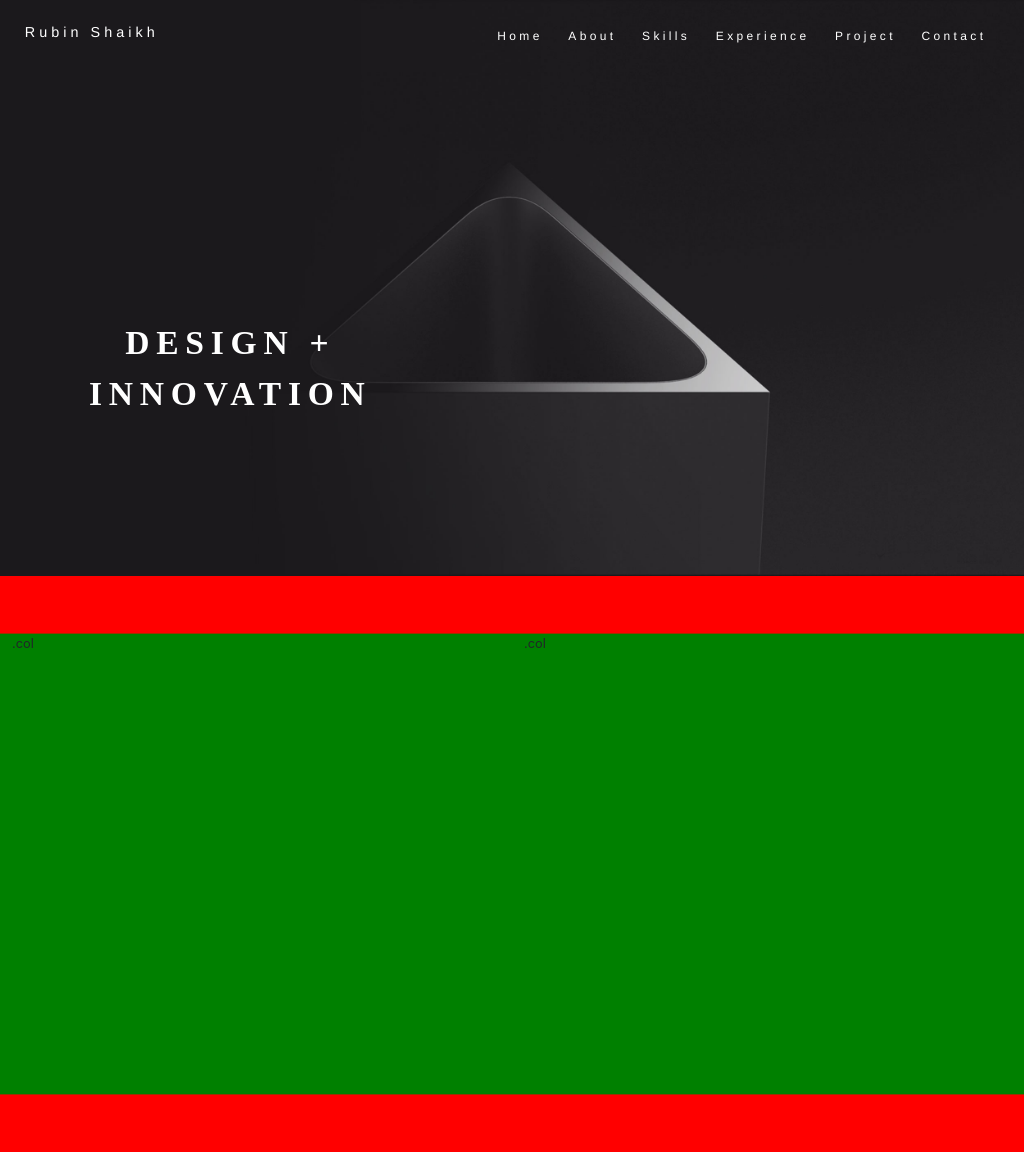
Repository: Rubin78/My-Portfolio
Page: /second
These files come from the project's save history. The page is drawn as it stood at one moment and after the next save; the edit follows.
The browser window is 1280 px wide. The pictures show the whole page, at 80% of full size.
The project was rebuilt for these pictures with package versions that can differ from the ones it lists, and the page was loaded fresh each time. Also part of the build but not shown: src/components/First/First.module.css, src/components/First/First.js, src/components/Third.js.

Above is the page before, as saved 2020-07-21 18:15:15.

### src/App.js
import React from 'react';

// import './App.css';

import { BrowserRouter as Router, Switch, Route } from "react-router-dom";
import First from './components/First/First';
import Second from './components/Second';
import Third from './components/Third';
function App() {
  return (
    <Router>
        <div className="App">

          <Switch>
            <Route exact path="/" component={First} />
            <Route exact path="/second" component={Second} />
            <Route exact path="/third" component={Third} />



            <Route render={() => <h2>404 Page Not Found</h2>} />
          </Switch>
        </div>
      </Router>
  );
}

export default App;

### src/components/Second.js
// import React, { Component } from 'react';
// import { Link } from "react-router-dom";
// class Second extends Component {
//     render() {
//         console.log(this.props);
//         return (




//             <div>
//                 <Link to="/third" >Go to the third page</Link>

//         <div>{this.props.location.state}</div>
//             </div>
//         );
//     }
// }

// export default Second;








import React, { useState } from 'react';
import {
  Collapse,
  Navbar,
  NavbarToggler,
  NavbarBrand,
  Nav,
  NavItem,
  NavLink,
  UncontrolledDropdown,
  DropdownToggle,
  DropdownMenu,
  DropdownItem,
  NavbarText
} from 'reactstrap';
import { Container, Row, Col} from 'reactstrap';
import styles  from '../components/Second.css'
import hero1 from '../assests/hero1.jpg';
import { Hidden } from '@material-ui/core';


const Example = (props) => {
  const [isOpen, setIsOpen] = useState(false);

  const toggle = () => setIsOpen(!isOpen);

  return (
<div>
    <Container fluid  className="containerBody2" style={{  backgroundImage:`url(${hero1})`,backgroundColor:'red'}} >
    <div style={{backgroundColor:'transparent',height:90,display:'flex'}}>


      <Navbar color="red" light expand="md"  style={{display:'flex',flex:1,position:'sticky'}} >
        <NavbarBrand href="/"><h4  className="textheader1" >Rubin Shaikh</h4></NavbarBrand>
        <NavbarToggler onClick={toggle} style={{color:'white',backgroundColor:'#F5F5F5'}} />
        <Collapse isOpen={isOpen} navbar >
          <Nav className="mr-auto" navbar>



         </Nav>

         <NavLink  href="/components/"  className="textheader" >Home</NavLink>
         <NavLink href="/components/" className="textheader">About</NavLink>
          <NavLink href="/components/" className="textheader">Skills</NavLink>
          <NavLink href="/components/" className="textheader">Experience</NavLink>
          <NavLink href="/components/" className="textheader">Project</NavLink>
          <NavLink href="/components/" className="textheader">Contact</NavLink>
        </Collapse>
      </Navbar>
    </div>


<Col sm="5"  style={{ display:'flex',flex:1,
alignItems:'space-between',justifyContent:'center',paddingLeft:40,}}>
<div style={{display:'flex',height:450,flexDirection:'column',justifyContent:'flex-end',alignItems:'flex-start',marginBottom:20,}} >

    <div style={{color:'white',fontSize:42,textAlign:'center',fontFamily:"Patua One",fontWeight:"bolder",letterSpacing:'.20em'}} >
    {/* <div style={{color:'#ffffff',fontSize:15,textAlign:"left",letterSpacing:'.1em',paddingLeft:60}}>HELLO,</div> */}

      DESIGN +
   <p style={{paddingBottom:-15}}>INNOVATION</p></div>
    {/* <button onClick={this.submitHandler} >go to second page</button> */}
    </div>
</Col>
    </Container>


<Container fluid  className="container2">
<Row >
        <Col sm="6" className="container2column" >.col</Col>
        <Col sm="6" className="container2column" >.col</Col>

      </Row>
</Container>

    </div>
  );
}

export default Example;

### src/components/Second.css

.containerBody2{



    background-position: center;
    background-size: cover;
    background-repeat: 'no-repeat';
    height: 100vh;
    width: calc(100vw -12px);
    overflow: hidden;
    position: relative;
background-color: black;

}


.container2{

    height: 100vh;
    width: calc(100vw -12px);
    overflow: hidden;
    background-color: red;

position: relative;

align-items: center;
display: flex;
}


.textheader{


  color: white;
  font-size: 15px;
font-family: "Gotham-Medium","Helvetica Neue","sans-serif";
letter-spacing: .28em;
}



.textheader1{


    color: white;
    font-size: 18px;
  font-family: "Gotham-Medium","Helvetica Neue","sans-serif";
  letter-spacing: .28em;
  }




.textcolor{
font-size: 45px;
margin-bottom: 20px;
letter-spacing: -1px;
font-family: "Gotham-Bold","Helvetica Neue",sans-serif;


background-color: red;


}


.container2row{

display: flex;
flex: 1;

justify-content: center;
align-items: center;
height: 100vh;
background-color: blue;

}


.container2column{

    height: 80vh;
    width: 50vw;
    background-color: green;
}

Loaded but not shown: public/index.html (common file); src/index.js (common file); src/index.css (common file); src/serviceWorker.js (common file)

After the next save:
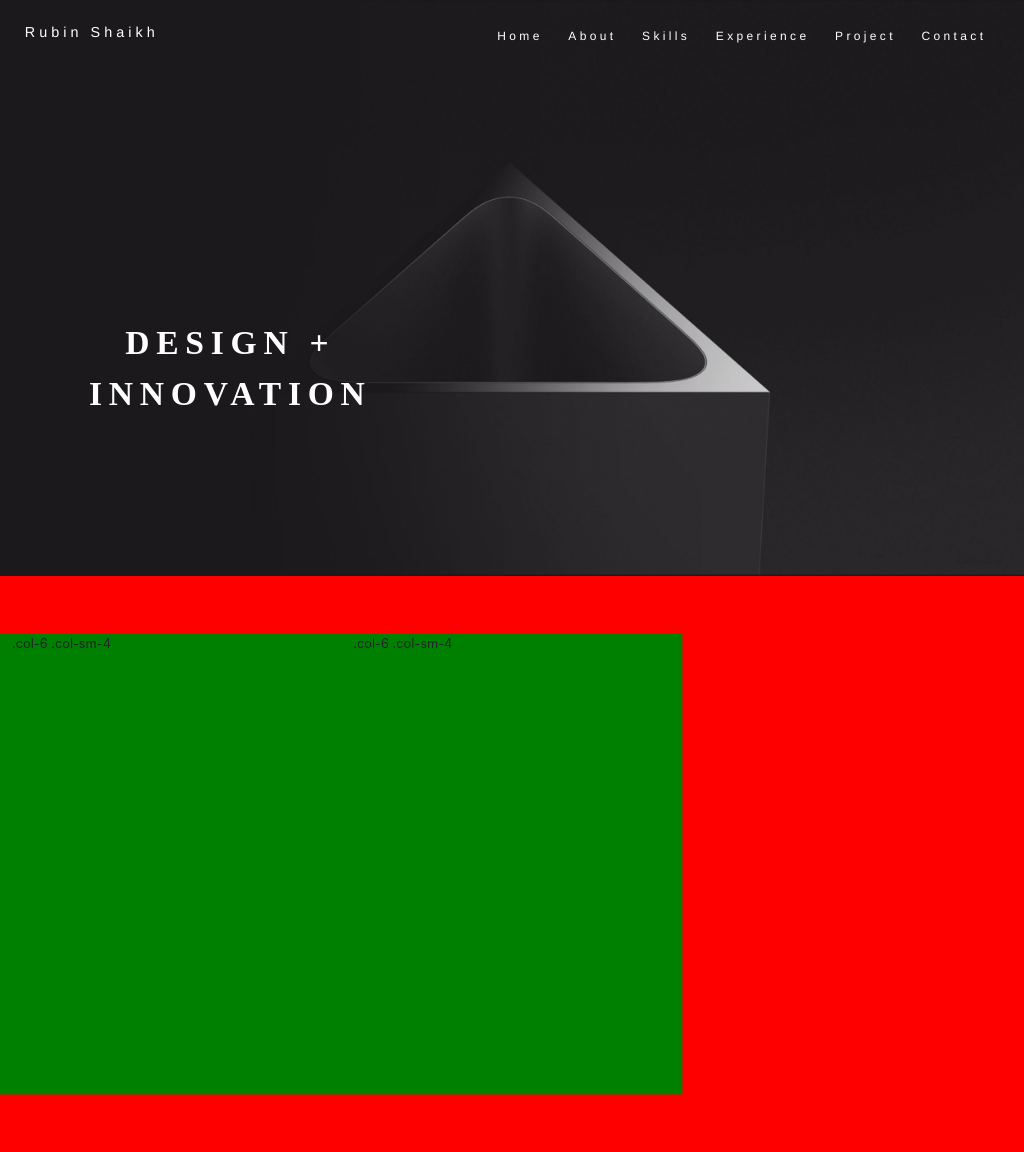
Saved 77 s later.
--- a/src/components/Second.js
+++ b/src/components/Second.js
@@ -96,8 +96,10 @@
 
 <Container fluid  className="container2">
 <Row >
-        <Col sm="6" className="container2column" >.col</Col>
-        <Col sm="6" className="container2column" >.col</Col>
+
+        <Col xs="6" sm="4"   className="container2column" >.col-6 .col-sm-4</Col>
+        <Col xs="6" sm="4"className="container2column" >.col-6 .col-sm-4</Col>
+
 
       </Row>
 </Container>

After the save that followed:
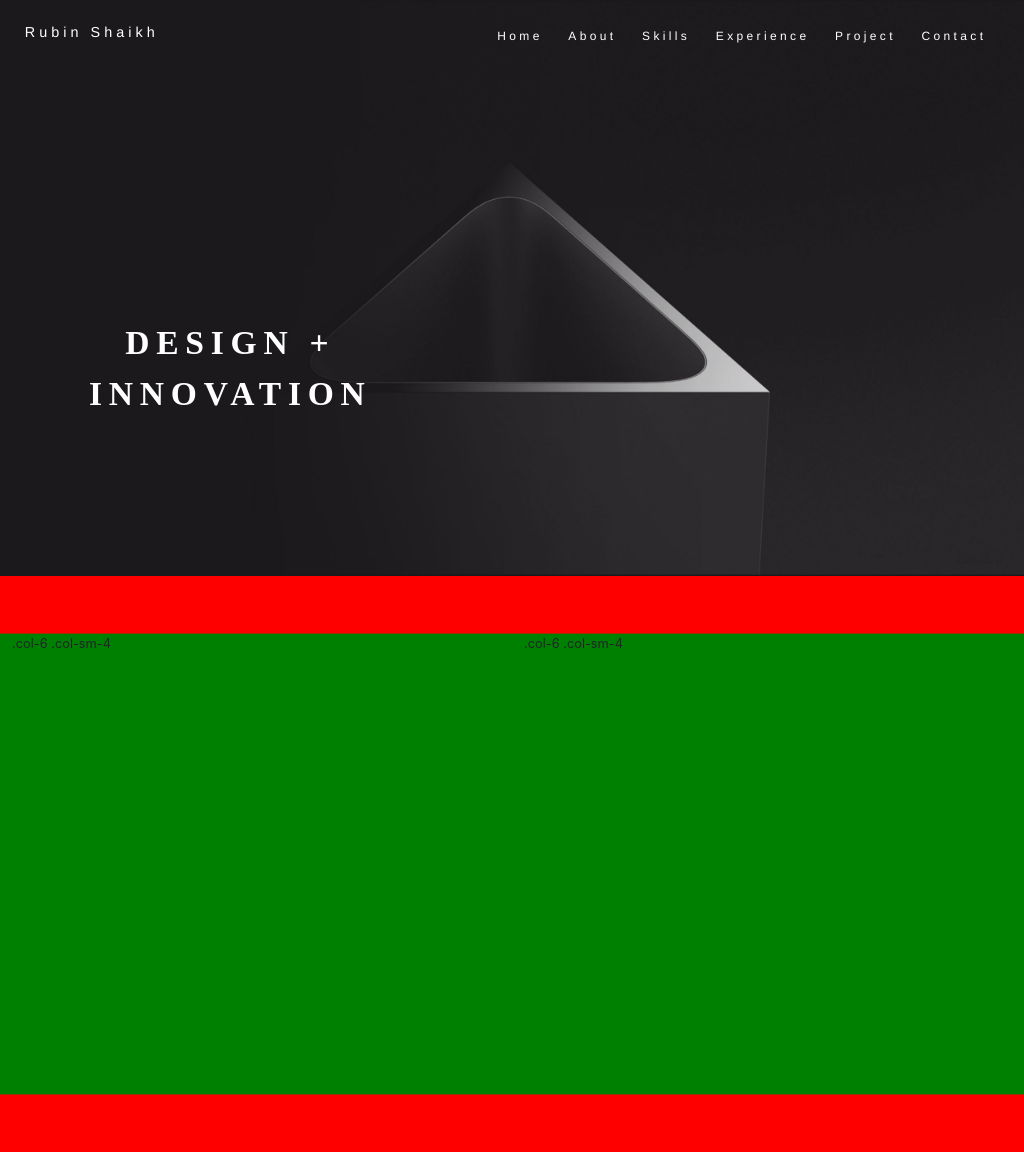
Saved 24 s later.
--- a/src/components/Second.js
+++ b/src/components/Second.js
@@ -97,8 +97,8 @@
 <Container fluid  className="container2">
 <Row >
 
-        <Col xs="6" sm="4"   className="container2column" >.col-6 .col-sm-4</Col>
-        <Col xs="6" sm="4"className="container2column" >.col-6 .col-sm-4</Col>
+        <Col xs="6" sm="6"   className="container2column" >.col-6 .col-sm-4</Col>
+        <Col xs="6" sm="6"className="container2column" >.col-6 .col-sm-4</Col>
 
 
       </Row>
